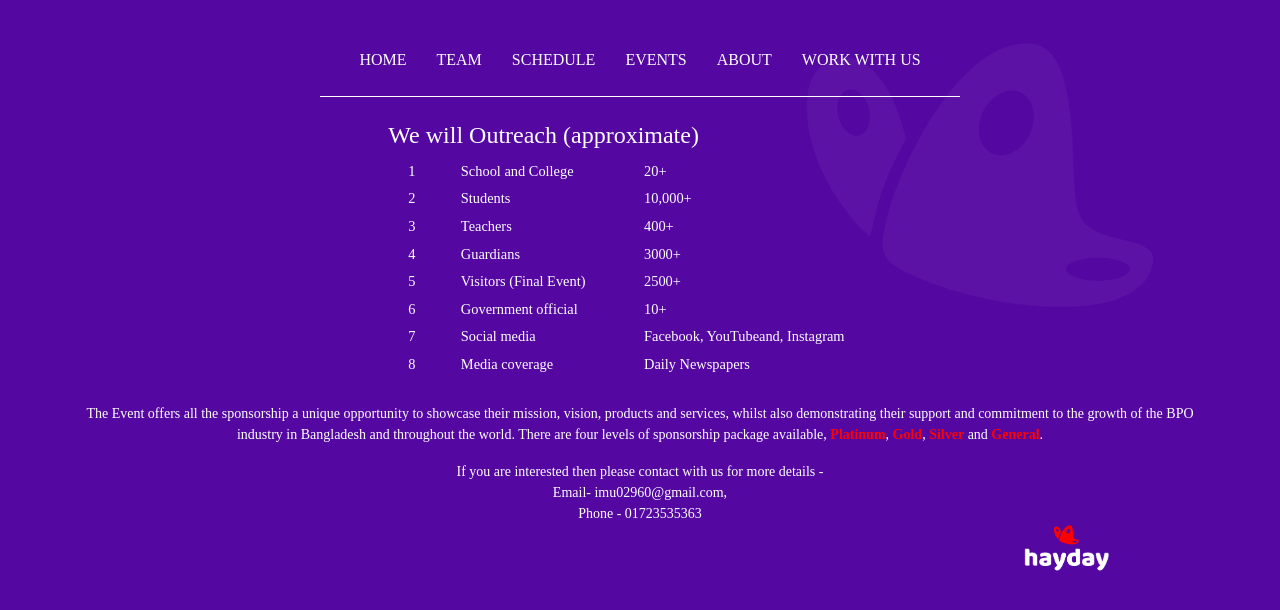
Repository: im1971/company-web
Page: workWithUs.html
An editor plug-in stored every save of this project. The page is shown before and after the next save, followed by the edit.
The browser window is 1280 px wide. The pictures show the whole page.
Some web fonts or font styles are not loaded; a fallback is used.

Above is the page before, as saved 2020-02-02 11:03:46.

After the next save:
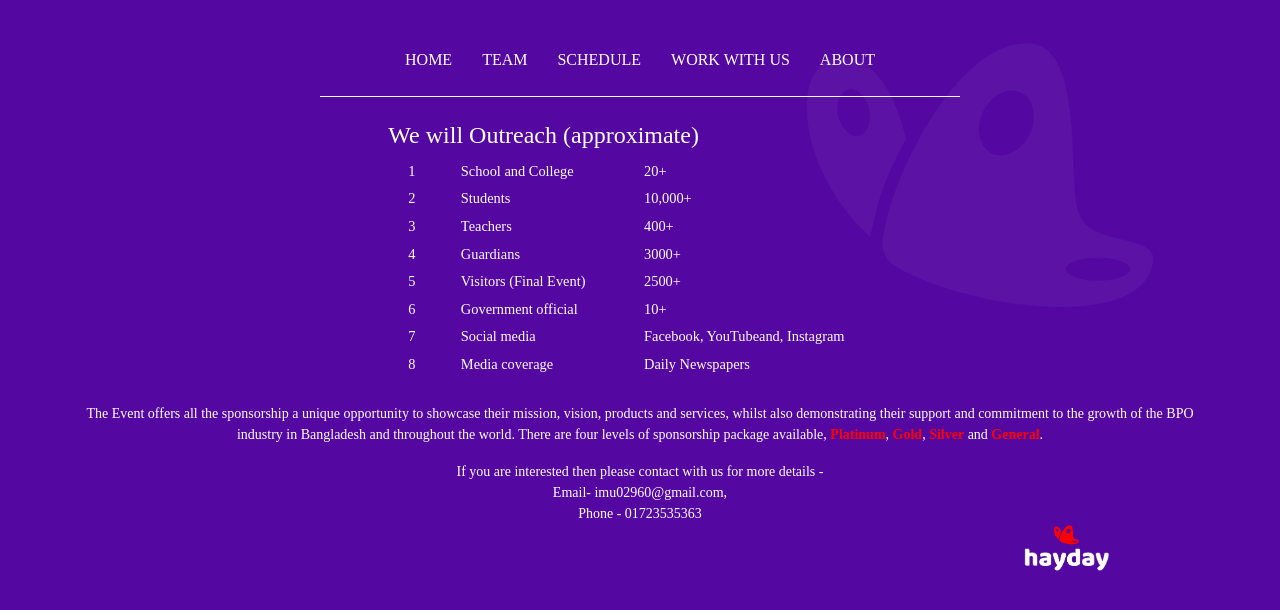
Saved 20 min 26 s later.
--- a/workWithUs.html
+++ b/workWithUs.html
@@ -38,16 +38,16 @@
                                     <a class="nav-link" href="team.html">Team</a>
                                 </li>
                                 <li class="nav-item">
-                                    <a class="nav-link" href="#">SCHEDULE</a>
+                                    <a class="nav-link" href="schedule.html">SCHEDULE</a>
                                 </li>
+                                <!-- <li class="nav-item">
+                                    <a class="nav-link" href="about.html">Events</a>
+                                </li> -->
                                 <li class="nav-item">
-                                    <a class="nav-link" href="about.html">Events</a>
+                                    <a class="nav-link" href="workWithUs.html">Work With us</a>
                                 </li>
                                 <li class="nav-item">
                                     <a class="nav-link" href="about.html">About</a>
-                                </li>
-                                <li class="nav-item">
-                                    <a class="nav-link" href="workWithUs.html">Work With us</a>
                                 </li>
                             </ul>
                         </div>
